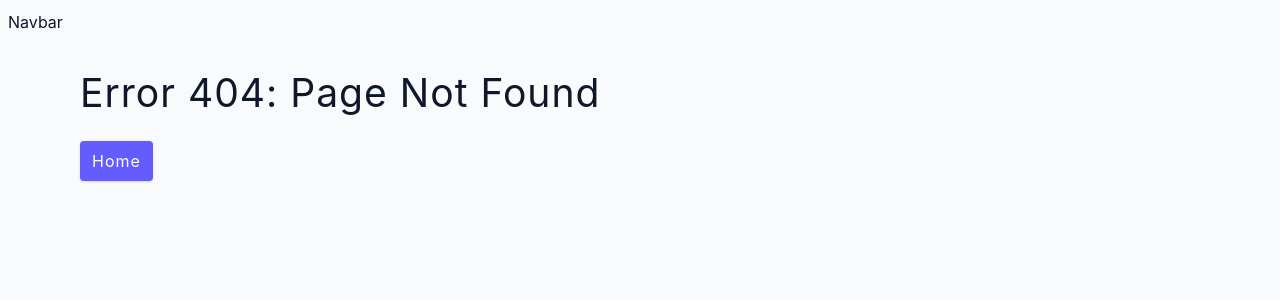
Repository: kennedyowusu/react-router-tutorial
Page: /dashboard
The author's editor kept a copy of each file at every save. The page is drawn from the files as they stood at one save, then again after the next save.
The browser window is 1280 px wide. The pictures show the whole page.
The project was rebuilt for these pictures with package versions that can differ from the ones it lists, and the page was loaded fresh each time. Also part of the build but not shown: src/pages/Home.js, src/pages/About.js, src/pages/Products.js.

Above is the page before, as saved 2022-12-27 15:12:06.

### src/App.js
import { BrowserRouter, Routes, Route } from "react-router-dom";
import Home from "./pages/Home";
import About from "./pages/About";
import Products from "./pages/Products";
import Error from "./pages/Error";

function App() {
  return (
    <BrowserRouter>
      <nav>
        Navbar
      </nav>
      <Routes>
        <Route path="/" element={<Home />} />
        <Route path="/about" element={<About />} />
        <Route path="/products" element={<Products />} />
        <Route path="*" element={<Error/>} />
      </Routes>

    </BrowserRouter>
  );
}

export default App;

### src/pages/Error.js
import { Link } from 'react-router-dom';
const Error = () => {
  return (
    <section className='section'>
      <h2>
        Error 404: Page not found
      </h2>
      <Link to='/' className='btn'> Home </Link>
    </section>
  );
};
export default Error;

Loaded but not shown: public/index.html (common file); src/index.js (common file); src/index.css (common file)

After the next save:
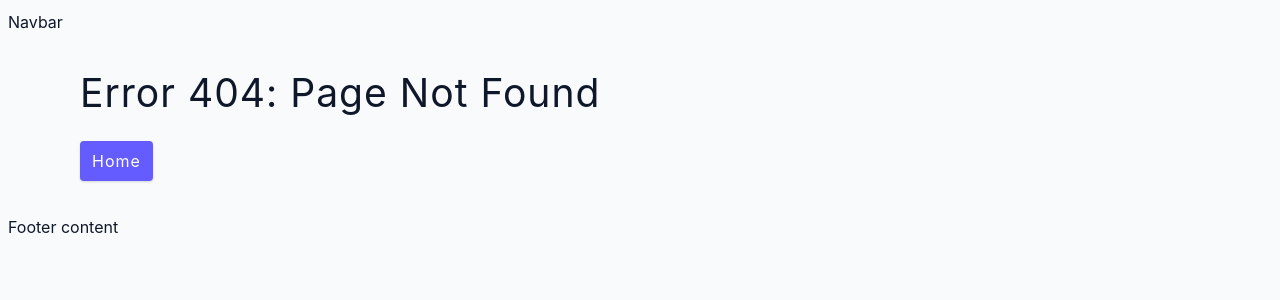
Saved 22 s later.
--- a/src/App.js
+++ b/src/App.js
@@ -17,6 +17,7 @@ function App() {
         <Route path="*" element={<Error/>} />
       </Routes>
 
+      <footer>Footer content</footer>
     </BrowserRouter>
   );
 }
